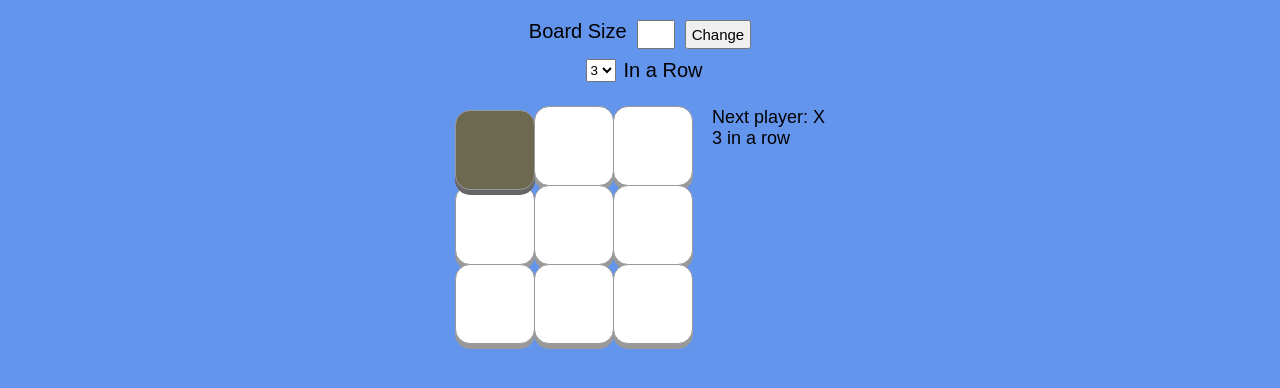
Repository: yshong211/tic-tac-toe-0708
Page: /
The author's editor kept a copy of each file at every save. The page is drawn from the files as they stood at one save, then again after the next save.
The browser window is 1280 px wide. The pictures show the whole page.
The first visible `.square` is being pressed.
The project was rebuilt for these pictures with package versions that can differ from the ones it lists, and the page was loaded fresh each time.

Above is the page before, as saved 2020-07-09 10:12:58.

### src/index.jsx
import React from 'react';
import ReactDOM from 'react-dom';
import './index.css';
import GetDim from './components/getDim/getDim';

// ========================================

// renders the game component to element

ReactDOM.render(<GetDim />, document.getElementById('root'));

### src/index.css
body {
  font: 18px 'Century Gothic', Futura, sans-serif; /* size, font */
  margin: 20px; /* space outside of border */
  background-color: cornflowerblue;
}

form {
  margin-bottom: 20px;
}

ol,
ul {
  padding-left: 30px; /* space b/t left border to content */
}

.board-row:after {
  clear: both;
  content: '';
  display: table;
}

.status {
  margin-bottom: 10px;
}


.square:focus {
  outline: none;
}

.kbd-navigation .square:focus {
  background: #ddd;
}

### src/components/getDim/getDim.jsx
import React from 'react';
import Game from '../game/game';
import './getDim.css';

export default class GetDim extends React.Component {
  constructor(props) {
    super(props);
    this.state = { rows: 3, winning: 3, board: [] };
    this.handleInputChange = this.handleInputChange.bind(this);
    this.handleClick = this.handleClick.bind(this);
  }

  handleInputChange(event) {
    const value = event.target.value;
    const name = event.target.name;
    this.setState({
      [name]: value,
    });
  }

  handleClick(e) {
    e.preventDefault();
    if (window.confirm('Change fosho?')) {
      if (this.refs.rows.value < 3 || this.refs.rows.value > 10) {
        alert('3-10 only');
      } else {
        this.setState({
          rows: this.refs.rows.value,
          board: [],
        });
      }
    }
  }

  how_many(rows) {
    let how = [];
    for (let i = 3; i <= rows; i++) {
      how.push(<option value={i}>{i}</option>);
    }
    return how;
  }

  render() {
    return (
      <div className="submission">
        <form>
          <label className="size">
            Board Size
            <br />
            <input ref="rows" type="number" />
            <button
              className="submit"
              onClick={(e) => {
                this.handleClick(e);
              }}
            >
              Change
            </button>
          </label>
        </form>

        <label className="win">
          <select
            className="win_select"
            name="winning"
            value={this.state.winning}
            onChange={this.handleInputChange}
          >
            {this.how_many(this.state.rows)}
          </select>
          In a Row
          <br />
        </label>

        <Game
          rows={parseInt(this.state.winning)}
          board_rows={parseInt(this.state.rows)}
          board={this.state.board}
        />
      </div>
    );
  }
}

### src/components/game/game.jsx
import React from 'react';
import Board from '../board/board';
import './game.css';

export default class Game extends React.Component {
  constructor(props) {
    super(props);
    this.state = {
      history: [], // track the last index
      stepNumber: 0, // count var
      xIsNext: true,
    };
  }

  hor(squares, row_length, count, x, o) {
    let index = 0;
    for (let i = 0; i < this.props.board_rows; i++) {
      for (let j = 0; j < this.props.board_rows; j++) {
        if (squares[index] === 'X') {
          x++;
          o = 0;
          count++;
        } else if (squares[index] === 'O') {
          o++;
          x = 0;
          count++;
        } else {
          count = 0;
        }
        index++;
        if (o >= row_length && count >= row_length) {
          return 'O';
        }
        if (x >= row_length && count >= row_length) {
          return 'X';
        }
      }
      x = 0;
      o = 0;
    }
  }

  vert(squares, row_length, count, x, o) {
    for (let i = 0; i < this.props.board_rows; i++) {
      for (
        let j = i;
        j < this.props.board_rows ** 2;
        j += this.props.board_rows
      ) {
        if (squares[j] === 'X') {
          x++;
          o = 0;
          count++;
        } else if (squares[j] === 'O') {
          o++;
          x = 0;
          count++;
        } else {
          count = 0;
        }
        if (o >= row_length && count >= row_length) {
          return 'O';
        }
        if (x >= row_length && count >= row_length) {
          return 'X';
        }
      }
      x = 0;
      o = 0;
    }
  }

  cross(squares, row_length, count, x, o) {
    //let track = 1;
    //let rows = this.props.board_rows;
    for (let i = row_length - 1; i < row_length ** 2 - 1; i += row_length - 1) {
      if (squares[i] === 'X') {
        x++;
      }
      if (squares[i] === 'O') {
        o++;
      }
      count++;
    }
    if (o === row_length) {
      return 'O';
    }
    if (x === row_length) {
      return 'X';
    }
    o = 0;
    x = 0;

    for (let j = row_length - 1; j < row_length ** 2 - 1; j += row_length - 1) {
      if (squares[j] === 'X') {
        x++;
      }
      if (squares[j] === 'O') {
        o++;
      }
      count++;
    }
    if (o === row_length) {
      return 'O';
    }
    if (x === row_length) {
      return 'X';
    }
    o = 0;
    x = 0;
  }

  calculateWinner(squares, rows) {
    const count = 0;
    const x = 0;
    const o = 0;
    if (
      this.hor(squares, rows, count, x, o) === 'O' ||
      this.hor(squares, rows, count, x, o) === 'X'
    ) {
      return this.hor(squares, rows, count, x, o);
    } else if (
      this.vert(squares, rows, count, x, o) === 'O' ||
      this.vert(squares, rows, count, x, o) === 'X'
    ) {
      return this.vert(squares, rows, count, x, o);
    } else if (
      this.cross(squares, rows, count, x, o) === 'O' ||
      this.cross(squares, rows, count, x, o) === 'X'
    ) {
      return this.cross(squares, rows, count, x, o);
    }

    return null;
  }

  handleClick(i) {
    const hist = this.state.history;
    const squares = this.props.board;
    const rows = this.props.rows;
    if (this.calculateWinner(squares, rows) || squares[i]) {
      // ends the game
      return;
    }
    squares[i] = this.state.xIsNext ? 'X' : 'O';
    hist.push(i);
    this.setState({
      board: squares,
      history: hist,
      stepNumber: this.state.history.length,
      xIsNext: !this.state.xIsNext, // changes turn
    });
  }

  jumpTo(history, board, step) {
    for (let i = history.length - 1; i >= step; i--) {
      board[history.pop()] = null;
    }
    this.setState({
      stepNumber: step,
      xIsNext: step % 2 === 0,
    });
  }

  render() {
    const board = this.props.board;
    const history = this.state.history;
    const rows = this.props.rows;
    const winner = this.calculateWinner(board, rows);
    const moves = history.map((step, move) => {
      const desc = move ? 'Go to move #' + move : 'Refresh';

      return (
        <li key={move}>
          <button onClick={() => this.jumpTo(history, board, move)}>
            {desc}
          </button>
        </li>
      );
    });

    let status;
    winner
      ? (status = 'Winner: ' + winner)
      : (status = 'Next player: ' + (this.state.xIsNext ? 'X' : 'O'));

    return (
      <div className="game">
        <div className="game-board">
          <Board
            rows={this.props.board_rows}
            squares={board}
            onClick={(i) => this.handleClick(i)}
          />
        </div>
        <div className="game-info">
          <div>{status}</div>
          <div>{rows} in a row</div>
          <ol>{moves}</ol>
        </div>
      </div>
    );
  }
}

### src/components/getDim/getDim.css
input {
  margin-left: 10px;
  width: 30px;
  height: 23px;
}
select {
  margin-left: 8px;
}
form {
  margin-bottom: 10px;
}
.submit {
  /*display: flex;*/
  margin-left: 10px;
  padding: 3px 5px;
  font-size: 15px;
  /*
  text-align: center;
  align-items: center;
  justify-content: center;
  */
}
.size {
  display: flex;
  font-size: 20px;
  justify-content: center;
}
.win {
  display: flex;
  font-size: 20px;
  justify-content: center;
  align-content: flex-start;
  padding: 0px;
  /*margin-top: 5px;*/
}
.win_select {
  margin-right: 8px;
}

### src/components/board/board.jsx
import React from 'react';
import Square from '../square/square';

export default class Board extends React.Component {
  renderSquare(i) {
    return (
      <Square
        value={this.props.squares[i]}
        onClick={() => this.props.onClick(i)}
      />
    );
  }
  create_rq(start, end) {
    let rows = [];
    for (let i = start; i < end; i++) {
      rows.push(this.renderSquare(i));
    }
    return rows;
  }
  create_row(start) {
    let board_r = [];
    for (let i = 0; i < start; i++) {
      let new_r = i * start;
      let new_end = parseInt(new_r) + parseInt(start);
      board_r.push(
        <div className="board-row">{this.create_rq(new_r, new_end)}</div>
      );
    }
    return board_r;
  }
  render() {
    return <div>{this.create_row(this.props.rows)}</div>;
  }
}

### src/components/game/game.css
.game {
    margin-top: 25px;
    display: flex;
    flex-direction: row;
    justify-content: center;
  }

  .game-info {
    margin-left: 20px;
  }

### src/components/square/square.jsx
import React from 'react';
import './square.css'

export default function Square(props) {
  return (
    <button className="square" onClick={props.onClick}>
      {props.value}
    </button>
  );
}

### src/components/square/square.css
.square {
  display: inline-block;
  background: rgb(255, 255, 255);
  border: 1px solid #999;
  float: left;
  font-size: 60px;
  cursor: pointer;
  font-weight: bold;
  line-height: 80px;
  height: 80px;
  margin-right: -1px;
  margin-top: -1px;
  padding: 0;
  text-align: center;
  width: 80px;
  border-radius: 15px;
  box-shadow: 0 5px #999;
}

.square:hover {
  background-color: #e6e6fa;
}
.square:active {
  background-color: #6d6850;
  box-shadow: 0 5px #666;
  transform: translateY(4px);
}

Loaded but not shown: public/index.html (common file); public/manifest.json (common file)

After the next save:
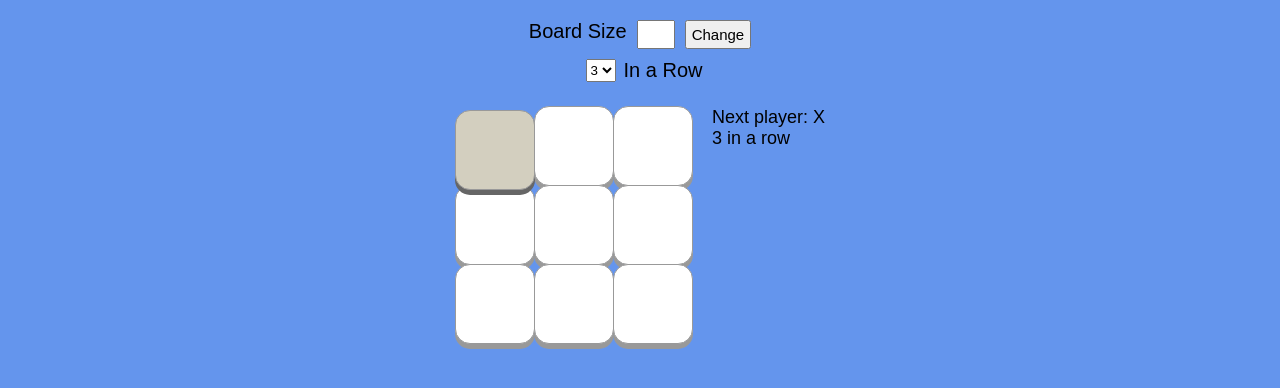
Saved 6 s later.
--- a/src/components/square/square.css
+++ b/src/components/square/square.css
@@ -21,7 +21,7 @@
   background-color: #e6e6fa;
 }
 .square:active {
-  background-color: #6d6850;
+  background-color: #d3cfbf;
   box-shadow: 0 5px #666;
   transform: translateY(4px);
 }
